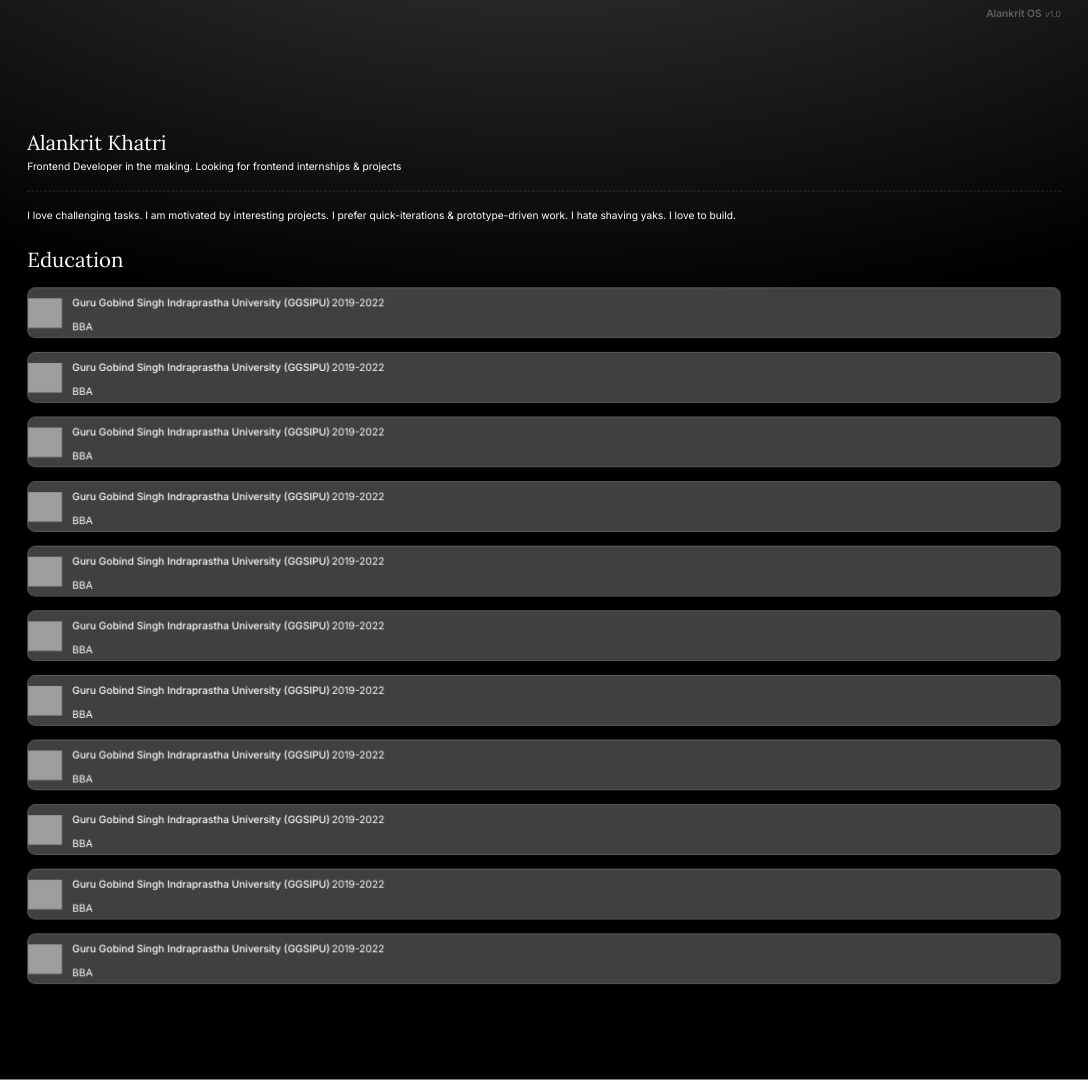
Repository: alankritkhatri/alankrit.xyz
Page: /
An editor plug-in stored every save of this project. The page is shown before and after a run of saves, followed by the edit.
The browser window is 1280 px wide. The pictures show the whole page, at 85% of full size.
Pictures or frames that could not be fetched are drawn as grey boxes. The project was rebuilt for these pictures with package versions that can differ from the ones it lists, and the page was loaded fresh each time. Also part of the build but not shown: vite.config.js, src/blog.jsx.

Above is the page before, as saved 2024-08-11 20:47:49.

After the next 2 saves:
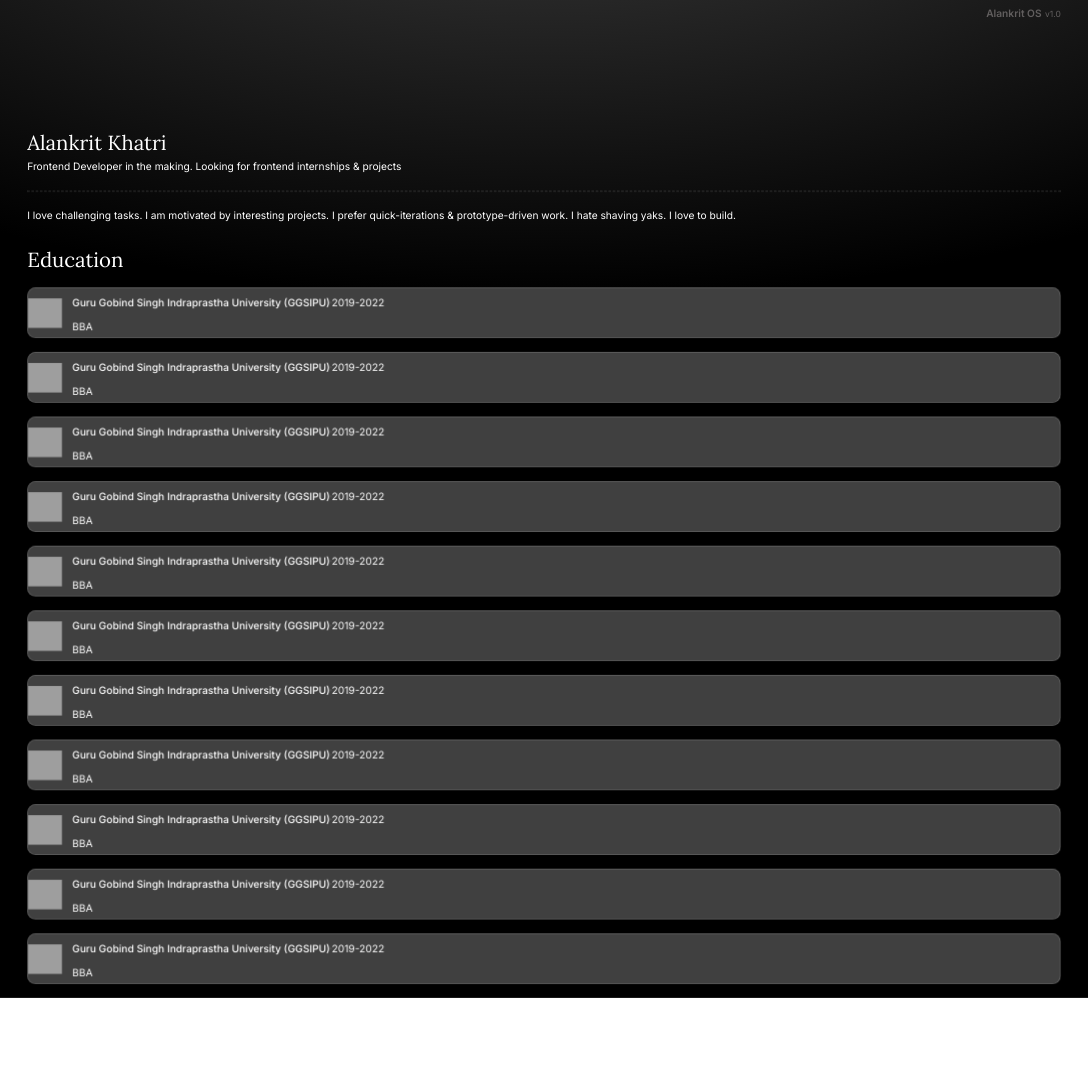
The 2 saves are shown as one change because they came seconds apart.
The last was saved 6 s later.
--- a/src/App.css
+++ b/src/App.css
@@ -7,11 +7,12 @@
 
 body{
 
+}
+.main {
+
   background: radial-gradient(100% 50% at 50% -20%, #404040, #000000);
   background-repeat: no-repeat;
   height: 100%;
-}
-.main {
   h1 {
     line-height: 32px;
   }

After the 5 saves that followed:
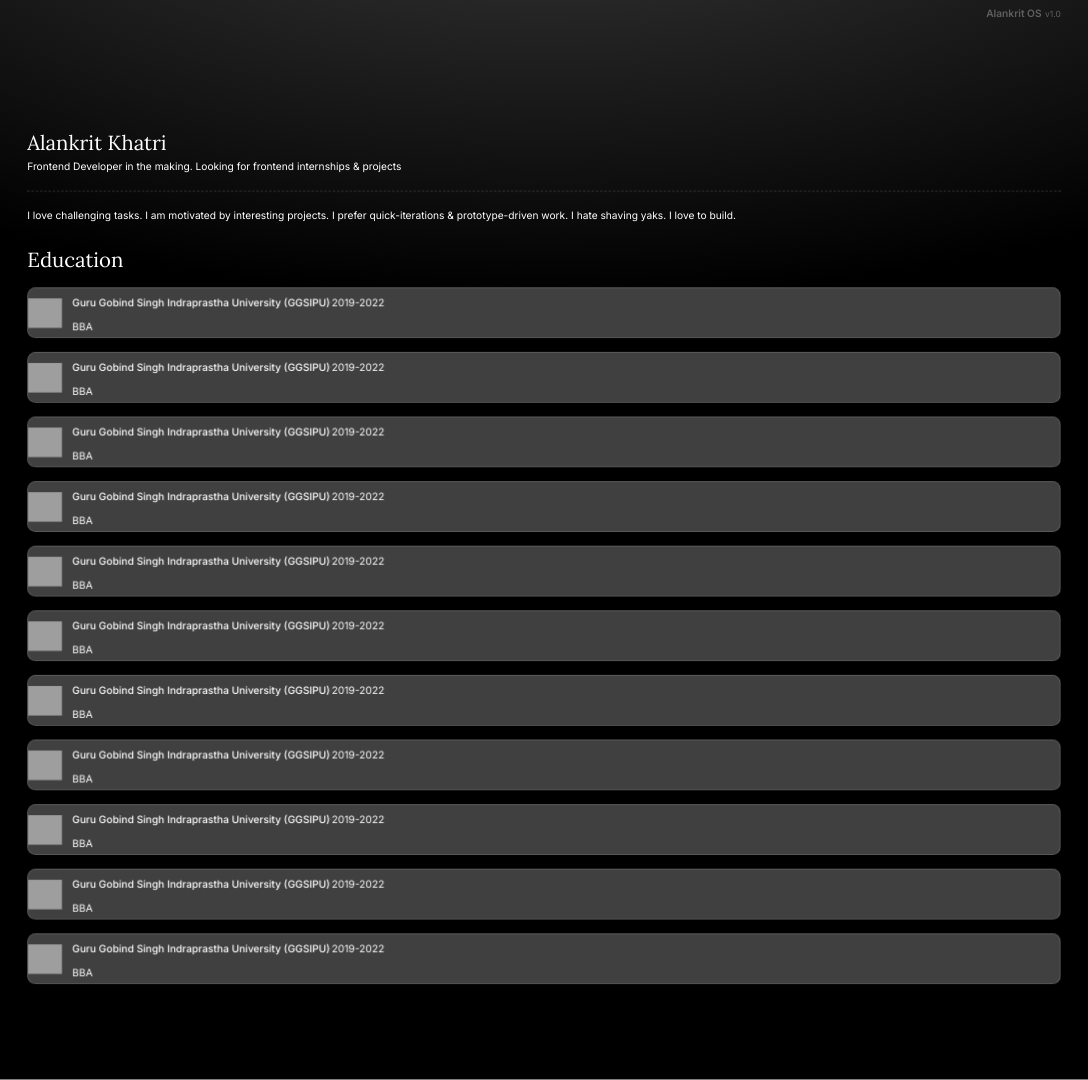
The 5 saves are shown as one change because 2 left the picture as it was and some came seconds apart.
The last was saved 2 min 17 s later.
--- a/index.html
+++ b/index.html
@@ -2,6 +2,7 @@
 <html lang="en">
   <head>
     <meta charset="UTF-8" />
+
     <link rel="icon" type="image/svg+xml" href="/vite.svg" />
     <link rel="preconnect" href="https://fonts.googleapis.com" />
     <link rel="preconnect" href="https://fonts.gstatic.com" crossorigin />
@@ -21,7 +22,7 @@
       defer
       type="text/javascript"
     ></script>
-    <meta name="viewport" content="width=device-width, initial-scale=1.0" />
+<meta name="viewport" content="width=device-width, initial-scale=1.0">
     <title>AlankritOS</title>
   </head>
   <body>
--- a/src/App.css
+++ b/src/App.css
@@ -5,14 +5,14 @@
   font-family: Inter, Haettenschweiler, "Arial Narrow Bold", sans-serif;
 }
 
-body{
-
+body,html{
+background: radial-gradient(100% 50% at 50% -20%, #404040, #000000);
+  background-repeat: no-repeat;
 }
 .main {
 
-  background: radial-gradient(100% 50% at 50% -20%, #404040, #000000);
-  background-repeat: no-repeat;
-  height: 100%;
+
+
   h1 {
     line-height: 32px;
   }
